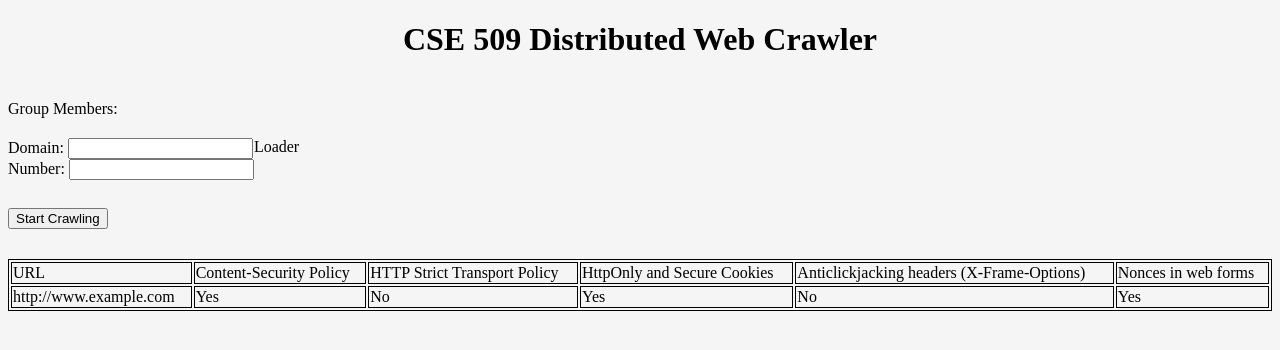
Repository: mfleish3/Crawler
Page: cse509/Crawling/WebContent/index.html
An editor plug-in stored every save of this project. The page is shown before and after the next save, followed by the edit.
The browser window is 1280 px wide. The pictures show the whole page.
Some web libraries are served in a nearby version.

Above is the page before, as saved 2015-11-07 22:53:44.

After the next save:
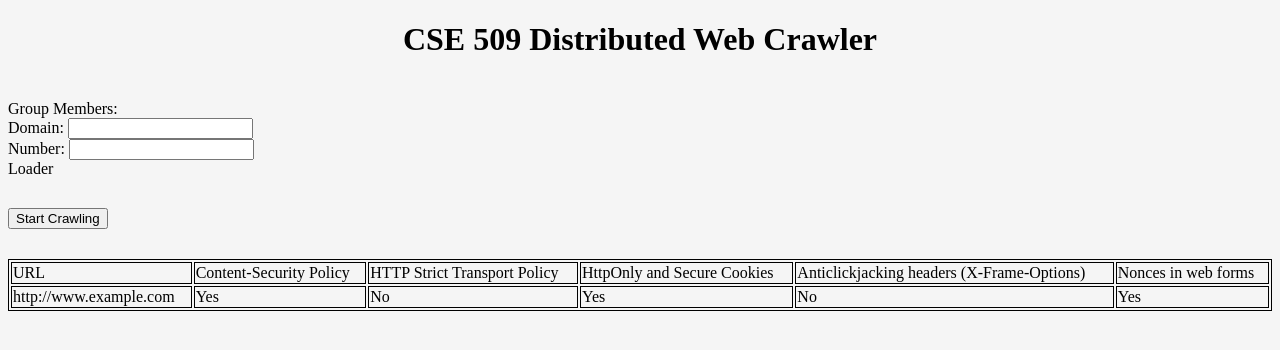
Saved 29 s later.
--- a/cse509/Crawling/WebContent/style/index.css
+++ b/cse509/Crawling/WebContent/style/index.css
@@ -19,9 +19,13 @@ td {
 	padding-top: 20px;
 }
 
-#divInput, #loader {
+.inputContent {
 	padding-top: 20px;
 	float: left;
+}
+
+#divInput, #loader {
+
 }
 
 #divProjectHeader {
